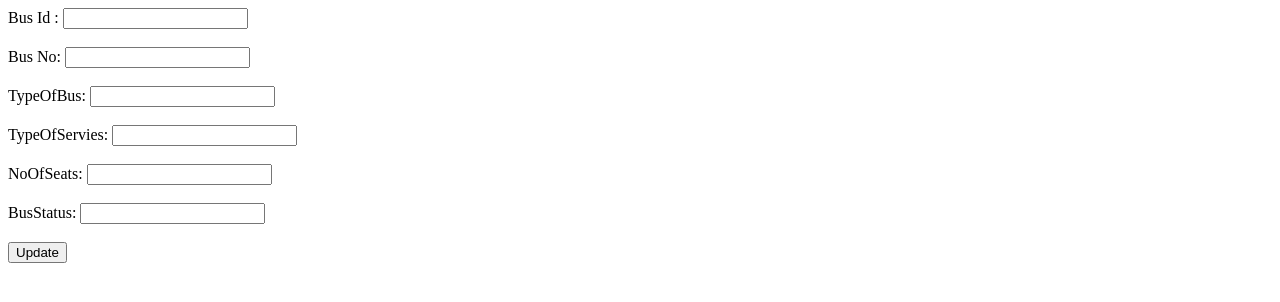
Repository: gummabhargavi/DynWebEjBPoject-AND-server
Page: DynWebEjbBusProject/WebContent/UpdateBus.html
An editor plug-in stored every save of this project. The page is shown before and after the next save, followed by the edit.
The browser window is 1280 px wide. The pictures show the whole page.

Above is the page before, as saved 2022-12-05 18:28:21.

After the next save:
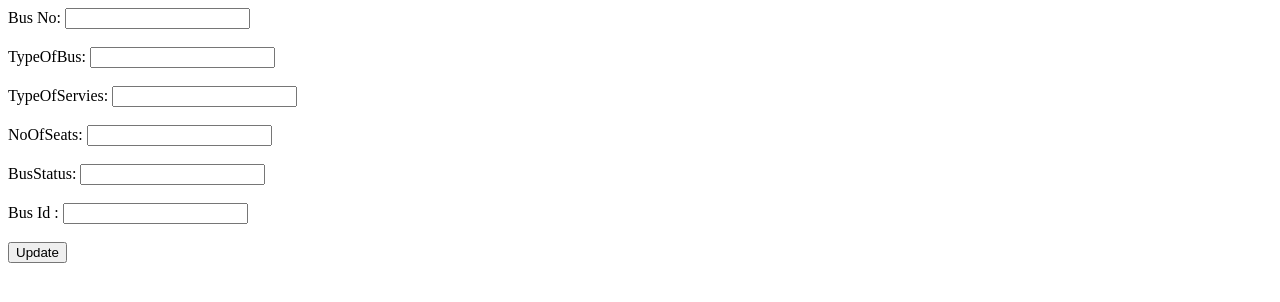
Saved 3 min 4 s later.
--- a/DynWebEjbBusProject/WebContent/UpdateBus.html
+++ b/DynWebEjbBusProject/WebContent/UpdateBus.html
@@ -6,8 +6,7 @@
 </head>
 <body>
     <form action="UpdateBusServlet">
-        Bus Id :
-           <input type="text" name="bus_id"><br/><br/>
+
          Bus No:
            <input type="text" name="bus_no"><br/><br/>
          TypeOfBus:
@@ -18,6 +17,8 @@
            <input type="text" name="no_of_seat"><br/><br/>
          BusStatus:
            <input type="text" name="bus_status"><br/><br/>
+         Bus Id :
+           <input type="text" name="bus_id"><br/><br/>
 
         <input type="submit" value="Update">
       </form>

After the save that followed:
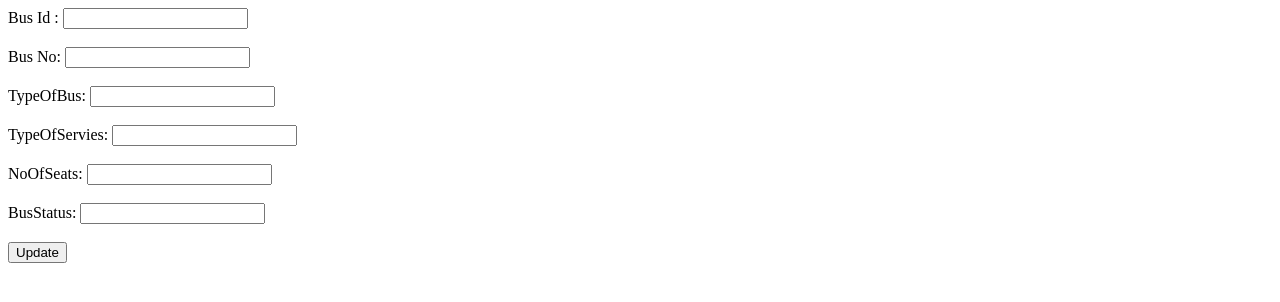
Saved 3 min 51 s later.
--- a/DynWebEjbBusProject/WebContent/UpdateBus.html
+++ b/DynWebEjbBusProject/WebContent/UpdateBus.html
@@ -6,7 +6,8 @@
 </head>
 <body>
     <form action="UpdateBusServlet">
-
+        Bus Id :
+           <input type="text" name="bus_id"><br/><br/>
          Bus No:
            <input type="text" name="bus_no"><br/><br/>
          TypeOfBus:
@@ -17,8 +18,7 @@
            <input type="text" name="no_of_seat"><br/><br/>
          BusStatus:
            <input type="text" name="bus_status"><br/><br/>
-         Bus Id :
-           <input type="text" name="bus_id"><br/><br/>
+
 
         <input type="submit" value="Update">
       </form>
